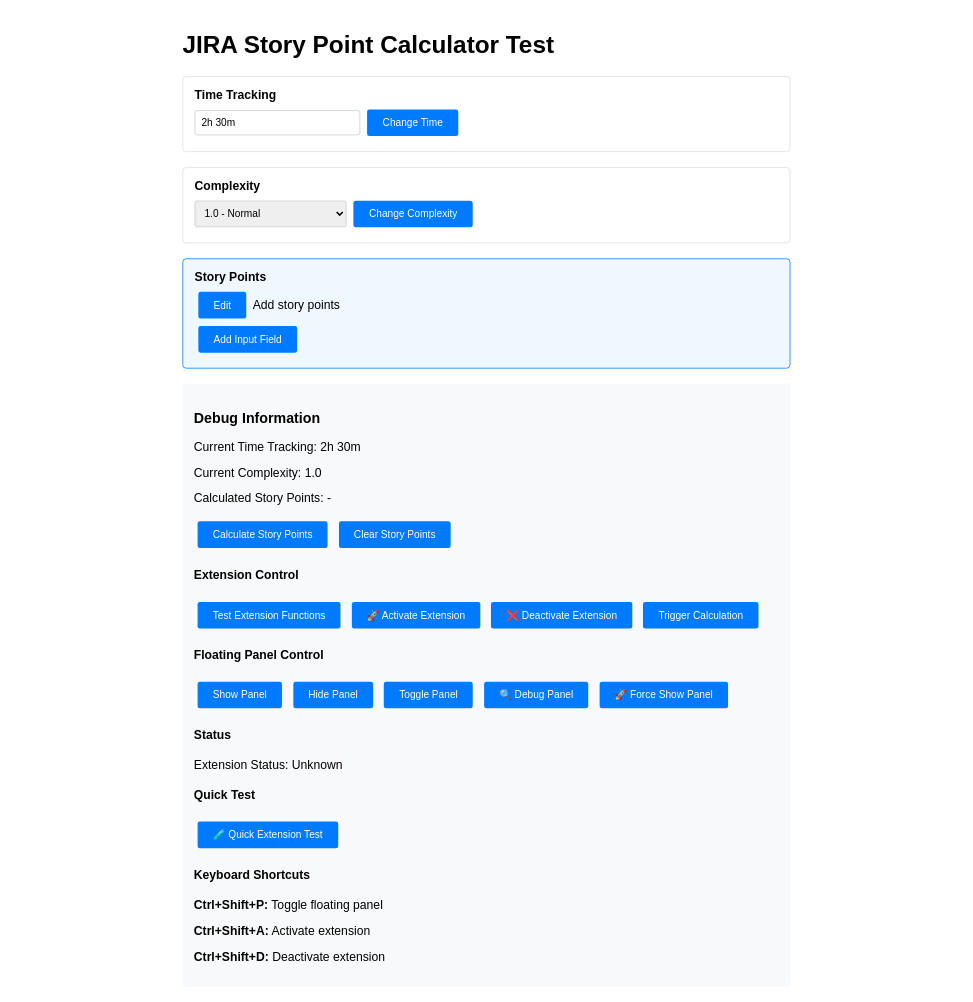
Repository: nirazanbasnet/jira-story-point-calculator
Page: test.html
An editor plug-in stored every save of this project. The page is shown before and after the next save, followed by the edit.
The browser window is 1280 px wide. The pictures show the whole page, at 76% of full size.

Above is the page before, as saved 2025-09-01 19:43:39.

### test.html
<!DOCTYPE html>
<html lang="en">

<head>
    <meta charset="UTF-8">
    <meta name="viewport" content="width=device-width, initial-scale=1.0">
    <title>JIRA Story Point Calculator Test</title>
    <style>
        body {
            font-family: Arial, sans-serif;
            max-width: 800px;
            margin: 0 auto;
            padding: 20px;
        }

        .field-group {
            margin: 20px 0;
            padding: 15px;
            border: 1px solid #ddd;
            border-radius: 5px;
        }

        .field-label {
            font-weight: bold;
            margin-bottom: 5px;
        }

        input,
        select {
            padding: 8px;
            border: 1px solid #ccc;
            border-radius: 3px;
            width: 200px;
        }

        .story-point-field {
            background-color: #f0f8ff;
            border-color: #007bff;
        }

        .debug-info {
            background-color: #f8f9fa;
            padding: 15px;
            border-radius: 5px;
            margin-top: 20px;
        }

        button {
            background-color: #007bff;
            color: white;
            padding: 10px 20px;
            border: none;
            border-radius: 3px;
            cursor: pointer;
            margin: 5px;
        }

        button:hover {
            background-color: #0056b3;
        }
    </style>
</head>

<body>
    <h1>JIRA Story Point Calculator Test</h1>

    <div class="field-group">
        <div class="field-label">Time Tracking</div>
        <input type="text" id="time-tracking" name="time-tracking" placeholder="e.g., 2h 30m" value="2h 30m">
        <button onclick="changeTimeTracking()">Change Time</button>
    </div>

    <div class="field-group">
        <div class="field-label">Complexity</div>
        <select id="complexity" name="complexity">
            <option value="0.1">0.1 - Very Simple</option>
            <option value="0.2">0.2 - Simple</option>
            <option value="0.3">0.3 - Basic</option>
            <option value="0.6">0.6 - Standard</option>
            <option value="1" selected>1.0 - Normal</option>
            <option value="1.5">1.5 - Complex</option>
            <option value="2">2.0 - Very Complex</option>
        </select>
        <button onclick="changeComplexity()">Change Complexity</button>
    </div>

    <div class="field-group story-point-field">
        <div class="field-label">Story Points</div>
        <div data-testid="issue-field-number.ui.issue-field-story-point-estimate--container">
            <div data-testid="issue-field-inline-edit-read-view-container.ui.container" role="presentation">
                <button aria-label="Edit Story Points" type="button">Edit</button>
                <span data-testid="issue-field-story-point-estimate-readview-full.ui.story-point-estimate">
                    <span>Add story points</span>
                </span>
            </div>
        </div>
        <button onclick="addInputField()">Add Input Field</button>
    </div>

    <div class="debug-info">
        <h3>Debug Information</h3>
        <p>Current Time Tracking: <span id="current-time">2h 30m</span></p>
        <p>Current Complexity: <span id="current-complexity">1.0</span></p>
        <p>Calculated Story Points: <span id="calculated-points">-</span></p>
        <button onclick="calculateStoryPoints()">Calculate Story Points</button>
        <button onclick="clearStoryPoints()">Clear Story Points</button>

        <h4>Extension Control</h4>
        <button onclick="testExtensionFunctions()">Test Extension Functions</button>
        <button onclick="activateExtension()">🚀 Activate Extension</button>
        <button onclick="deactivateExtension()">❌ Deactivate Extension</button>
        <button onclick="triggerCalculation()">Trigger Calculation</button>

        <h4>Floating Panel Control</h4>
        <button onclick="showPanel()">Show Panel</button>
        <button onclick="hidePanel()">Hide Panel</button>
        <button onclick="togglePanel()">Toggle Panel</button>
        <button onclick="debugPanel()">🔍 Debug Panel</button>
        <button onclick="forceShowPanel()">🚀 Force Show Panel</button>

        <h4>Status</h4>
        <p id="extension-status">Extension Status: Unknown</p>

        <h4>Quick Test</h4>
        <button onclick="quickTest()">🧪 Quick Extension Test</button>
        <div id="quick-test-results"
            style="margin-top: 10px; padding: 10px; background: #f8f9fa; border-radius: 5px; display: none;">
            <h5>Test Results:</h5>
            <div id="test-results-content"></div>
        </div>

        <h4>Keyboard Shortcuts</h4>
        <p><strong>Ctrl+Shift+P:</strong> Toggle floating panel</p>
        <p><strong>Ctrl+Shift+A:</strong> Activate extension</p>
        <p><strong>Ctrl+Shift+D:</strong> Deactivate extension</p>
    </div>

    <script>
        function changeTimeTracking() {
            const timeInput = document.getElementById('time-tracking');
            const times = ['1h', '45m', '2h 15m', '3h 30m', '1.5h'];
            const randomTime = times[Math.floor(Math.random() * times.length)];
            timeInput.value = randomTime;
            timeInput.dispatchEvent(new Event('input', { bubbles: true }));
            timeInput.dispatchEvent(new Event('change', { bubbles: true }));
            document.getElementById('current-time').textContent = randomTime;
        }

        function changeComplexity() {
            const complexitySelect = document.getElementById('complexity');
            const complexities = [0.1, 0.2, 0.3, 0.6, 1, 1.5, 2];
            const randomComplexity = complexities[Math.floor(Math.random() * complexities.length)];
            complexitySelect.value = randomComplexity;
            complexitySelect.dispatchEvent(new Event('change', { bubbles: true }));
            document.getElementById('current-complexity').textContent = randomComplexity;
        }

        function addInputField() {
            const container = document.querySelector('[data-testid="issue-field-number.ui.issue-field-story-point-estimate--container"]');
            const existingInput = container.querySelector('input');

            if (!existingInput) {
                const input = document.createElement('input');
                input.type = 'number';
                input.step = '0.1';
                input.placeholder = 'Story points';
                input.style.width = '100px';
                input.style.marginLeft = '10px';
                container.appendChild(input);
            }
        }

        function calculateStoryPoints() {
            const timeTracking = document.getElementById('time-tracking').value;
            const complexity = parseFloat(document.getElementById('complexity').value);

            // Simple time parsing for demo
            let hours = 0;
            if (timeTracking.includes('h')) {
                if (timeTracking.includes('m')) {
                    const parts = timeTracking.split(' ');
                    hours = parseFloat(parts[0]) + (parseFloat(parts[1]) / 60);
                } else {
                    hours = parseFloat(timeTracking);
                }
            } else if (timeTracking.includes('m')) {
                hours = parseFloat(timeTracking) / 60;
            } else {
                hours = parseFloat(timeTracking);
            }

            const storyPoints = Math.round((hours * complexity) * 100) / 100;
            document.getElementById('calculated-points').textContent = storyPoints;

            // Update the story point field if it exists
            const input = document.querySelector('[data-testid="issue-field-number.ui.issue-field-story-point-estimate--container"] input');
            if (input) {
                input.value = storyPoints;
                input.dispatchEvent(new Event('input', { bubbles: true }));
                input.dispatchEvent(new Event('change', { bubbles: true }));
            }
        }

        function clearStoryPoints() {
            document.getElementById('calculated-points').textContent = '-';
            const input = document.querySelector('[data-testid="issue-field-number.ui.issue-field-story-point-estimate--container"] input');
            if (input) {
                input.value = '';
                input.dispatchEvent(new Event('input', { bubbles: true }));
                input.dispatchEvent(new Event('change', { bubbles: true }));
            }
        }

        // Simulate JIRA field changes
        setInterval(() => {
            if (Math.random() > 0.7) {
                changeTimeTracking();
            }
        }, 5000);

        setInterval(() => {
            if (Math.random() > 0.8) {
                changeComplexity();
            }
        }, 7000);

        // Extension testing functions
        function testExtensionFunctions() {
            console.log('Testing extension functions...');

            if (window.jiraStoryPointCalculator) {
                console.log('✅ Extension loaded successfully');
                console.log('Extension object:', window.jiraStoryPointCalculator);
            } else {
                console.log('❌ Extension not loaded');
            }

            if (window.triggerStoryPointCalculation) {
                console.log('✅ triggerStoryPointCalculation function available');
            } else {
                console.log('❌ triggerStoryPointCalculation function not available');
            }

            if (window.toggleStoryPointPanel) {
                console.log('✅ toggleStoryPointPanel function available');
            } else {
                console.log('❌ toggleStoryPointPanel function not available');
            }
        }

        function activateExtension() {
            if (window.activateStoryPointCalculator) {
                const result = window.activateStoryPointCalculator();
                document.getElementById('extension-status').textContent = `Extension Status: Activated (Result: ${result})`;
                console.log('Activate extension result:', result);
            } else {
                console.log('❌ activateStoryPointCalculator function not available');
            }
        }

        function deactivateExtension() {
            if (window.deactivateStoryPointCalculator) {
                const result = window.deactivateStoryPointCalculator();
                document.getElementById('extension-status').textContent = `Extension Status: Deactivated (Result: ${result})`;
                console.log('Deactivate extension result:', result);
            } else {
                console.log('❌ deactivateStoryPointCalculator function not available');
            }
        }

        function triggerCalculation() {
            if (window.triggerStoryPointCalculation) {
                const result = window.triggerStoryPointCalculation();
                console.log('Trigger calculation result:', result);
            } else {
                console.log('❌ triggerStoryPointCalculation function not available');
            }
        }

        // Panel control functions
        function showPanel() {
            if (window.showStoryPointPanel) {
                const result = window.showStoryPointPanel();
                console.log('Show panel result:', result);
            } else {
                console.log('❌ showStoryPointPanel function not available');
            }
        }

        function hidePanel() {
            if (window.hideStoryPointPanel) {
                const result = window.hideStoryPointPanel();
                console.log('Hide panel result:', result);
            } else {
                console.log('❌ hideStoryPointPanel function not available');
            }
        }

        function togglePanel() {
            if (window.toggleStoryPointPanel) {
                const result = window.toggleStoryPointPanel();
                console.log('Toggle panel result:', result);
            } else {
                console.log('❌ toggleStoryPointPanel function not available');
            }
        }

        function debugPanel() {
            if (window.debugStoryPointPanel) {
                const result = window.debugStoryPointPanel();
                console.log('Debug panel result:', result);
            } else {
                console.log('❌ debugStoryPointPanel function not available');
            }
        }

        function forceShowPanel() {
            if (window.forceShowStoryPointPanel) {
                const result = window.forceShowStoryPointPanel();
                console.log('Force show panel result:', result);
            } else {
                console.log('❌ forceShowStoryPointPanel function not available');
            }
        }

        function quickTest() {
            const resultsDiv = document.getElementById('quick-test-results');
            const contentDiv = document.getElementById('test-results-content');
            resultsDiv.style.display = 'block';

            let results = '<ul>';

            // Test 1: Check if extension is loaded
            if (window.jiraStoryPointCalculator) {
                results += '<li>✅ Extension loaded</li>';
            } else {
                results += '<li>❌ Extension not loaded</li>';
            }

            // Test 2: Check if global functions are available
            if (window.activateStoryPointCalculator) {
                results += '<li>✅ activateStoryPointCalculator available</li>';
            } else {
                results += '<li>❌ activateStoryPointCalculator not available</li>';
            }

            // Test 3: Check if floating panel exists
            if (window.jiraStoryPointCalculator && window.jiraStoryPointCalculator.floatingPanel) {
                results += '<li>✅ Floating panel exists</li>';
            } else {
                results += '<li>❌ Floating panel does not exist</li>';
            }

            // Test 4: Check panel visibility
            if (window.jiraStoryPointCalculator && window.jiraStoryPointCalculator.floatingPanel) {
                const panel = window.jiraStoryPointCalculator.floatingPanel;
                const computedStyle = window.getComputedStyle(panel);
                results += `<li>Panel display: ${computedStyle.display}</li>`;
                results += `<li>Panel visibility: ${computedStyle.visibility}</li>`;
                results += `<li>Panel z-index: ${computedStyle.zIndex}</li>`;
            }

            results += '</ul>';
            contentDiv.innerHTML = results;
        }
    </script>
</body>

</html>

After the next save:
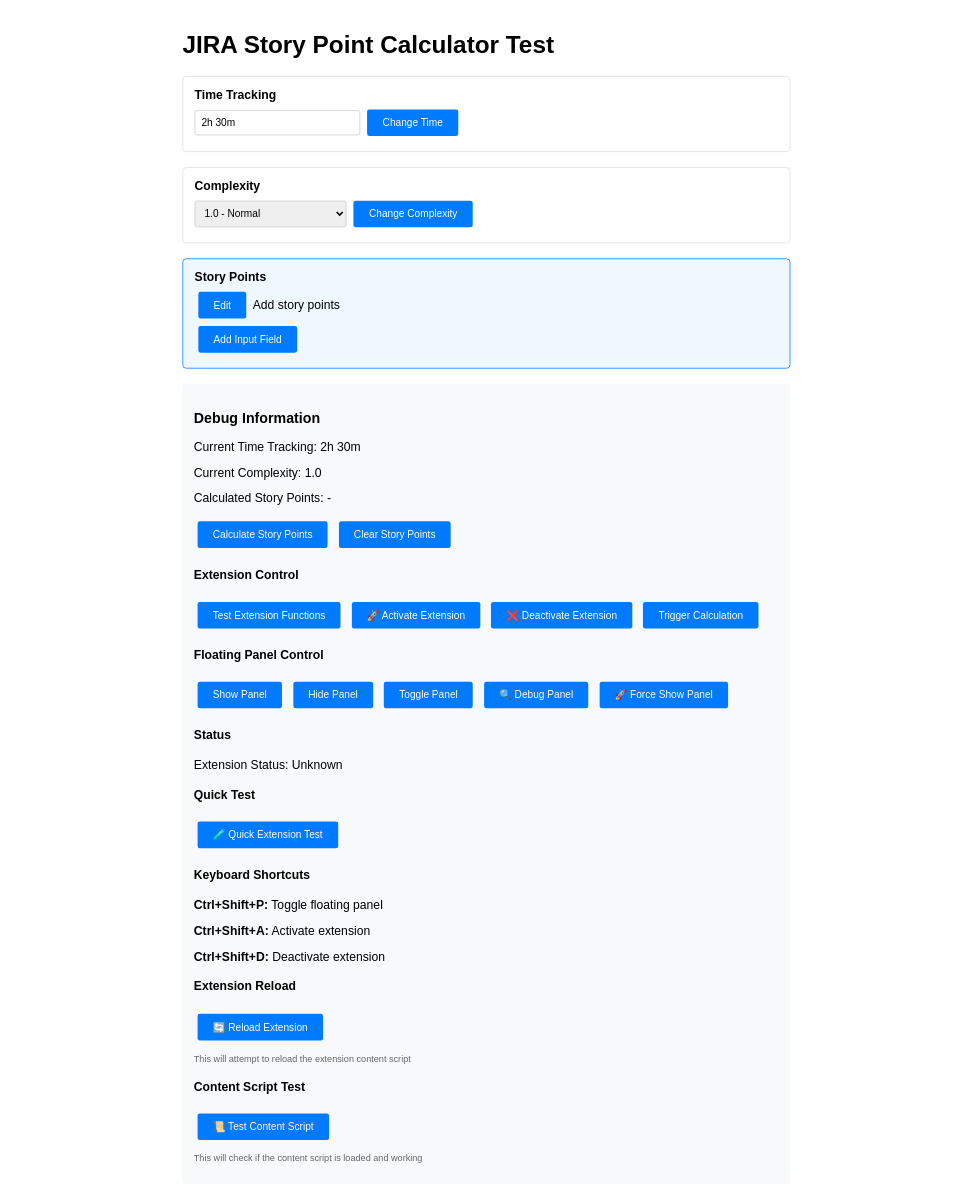
Saved 4 s later.
--- a/test.html
+++ b/test.html
@@ -133,6 +133,14 @@
         <p><strong>Ctrl+Shift+P:</strong> Toggle floating panel</p>
         <p><strong>Ctrl+Shift+A:</strong> Activate extension</p>
         <p><strong>Ctrl+Shift+D:</strong> Deactivate extension</p>
+
+        <h4>Extension Reload</h4>
+        <button onclick="reloadExtension()">🔄 Reload Extension</button>
+        <p style="font-size: 12px; color: #666;">This will attempt to reload the extension content script</p>
+
+        <h4>Content Script Test</h4>
+        <button onclick="testContentScript()">📜 Test Content Script</button>
+        <p style="font-size: 12px; color: #666;">This will check if the content script is loaded and working</p>
     </div>
 
     <script>
@@ -363,6 +371,22 @@
             results += '</ul>';
             contentDiv.innerHTML = results;
         }
+
+        function reloadExtension() {
+            console.log('Attempting to reload extension content script...');
+            chrome.runtime.reload();
+            document.getElementById('extension-status').textContent = 'Extension Status: Reloading...';
+        }
+
+        function testContentScript() {
+            console.log('Testing if content script is loaded and working...');
+            if (window.jiraStoryPointCalculator) {
+                console.log('✅ Content script is loaded and available.');
+                console.log('Content script object:', window.jiraStoryPointCalculator);
+            } else {
+                console.log('❌ Content script is NOT loaded or not available.');
+            }
+        }
     </script>
 </body>
 

After the save that followed:
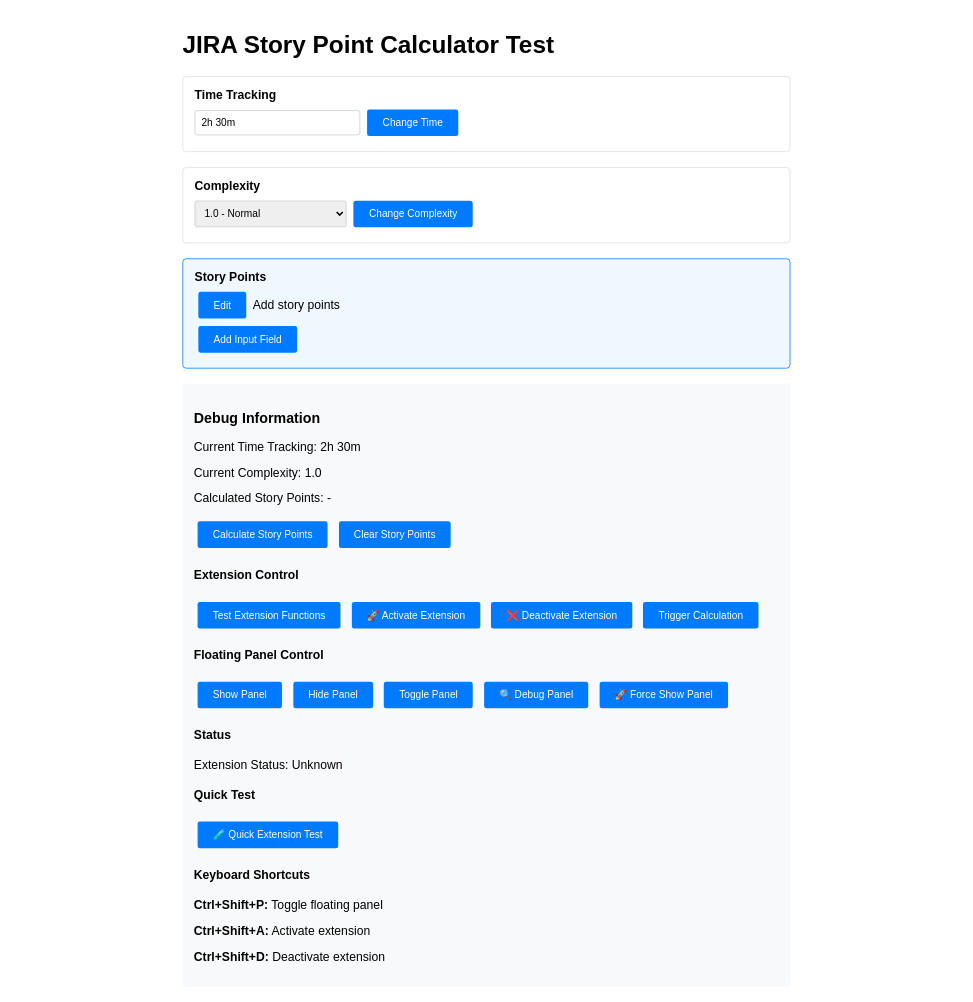
Saved 10 s later.
--- a/test.html
+++ b/test.html
@@ -133,14 +133,6 @@
         <p><strong>Ctrl+Shift+P:</strong> Toggle floating panel</p>
         <p><strong>Ctrl+Shift+A:</strong> Activate extension</p>
         <p><strong>Ctrl+Shift+D:</strong> Deactivate extension</p>
-
-        <h4>Extension Reload</h4>
-        <button onclick="reloadExtension()">🔄 Reload Extension</button>
-        <p style="font-size: 12px; color: #666;">This will attempt to reload the extension content script</p>
-
-        <h4>Content Script Test</h4>
-        <button onclick="testContentScript()">📜 Test Content Script</button>
-        <p style="font-size: 12px; color: #666;">This will check if the content script is loaded and working</p>
     </div>
 
     <script>
@@ -371,22 +363,6 @@
             results += '</ul>';
             contentDiv.innerHTML = results;
         }
-
-        function reloadExtension() {
-            console.log('Attempting to reload extension content script...');
-            chrome.runtime.reload();
-            document.getElementById('extension-status').textContent = 'Extension Status: Reloading...';
-        }
-
-        function testContentScript() {
-            console.log('Testing if content script is loaded and working...');
-            if (window.jiraStoryPointCalculator) {
-                console.log('✅ Content script is loaded and available.');
-                console.log('Content script object:', window.jiraStoryPointCalculator);
-            } else {
-                console.log('❌ Content script is NOT loaded or not available.');
-            }
-        }
     </script>
 </body>
 
